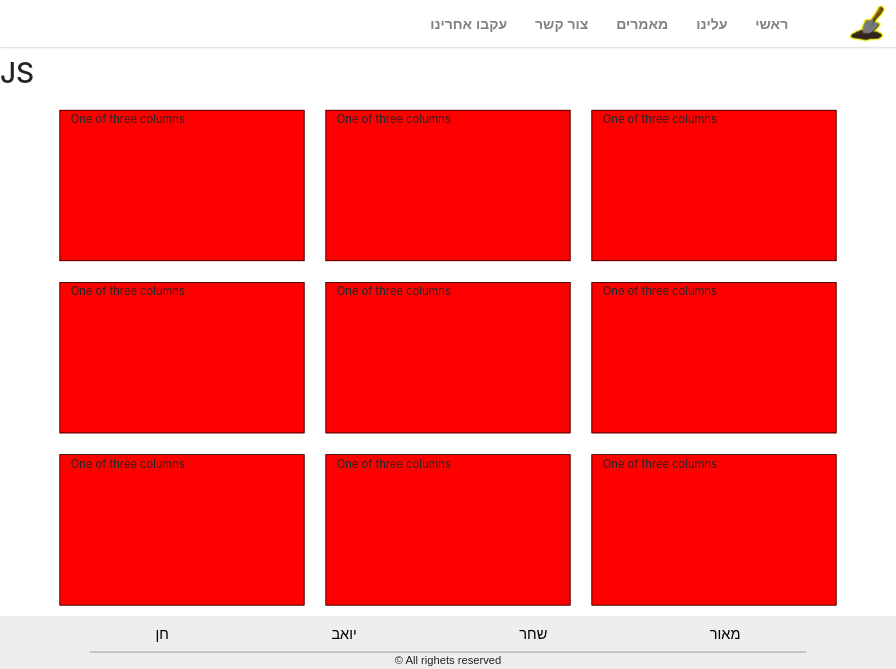
Repository: yoavBenZion/Blog-Zubi
Page: articlesPage.html
An editor plug-in stored every save of this project. The page is shown before and after the next save, followed by the edit.
The browser window is 1280 px wide. The pictures show the part of the page from y = 0 to 1920 px (the page is 956 px tall before and 3566 px after), at 70% of full size.
Some web fonts or font styles are not loaded; a fallback is used. Some web libraries are served in a nearby version.

Above is the page before, as saved 2017-10-26 11:52:52.

After the next save:
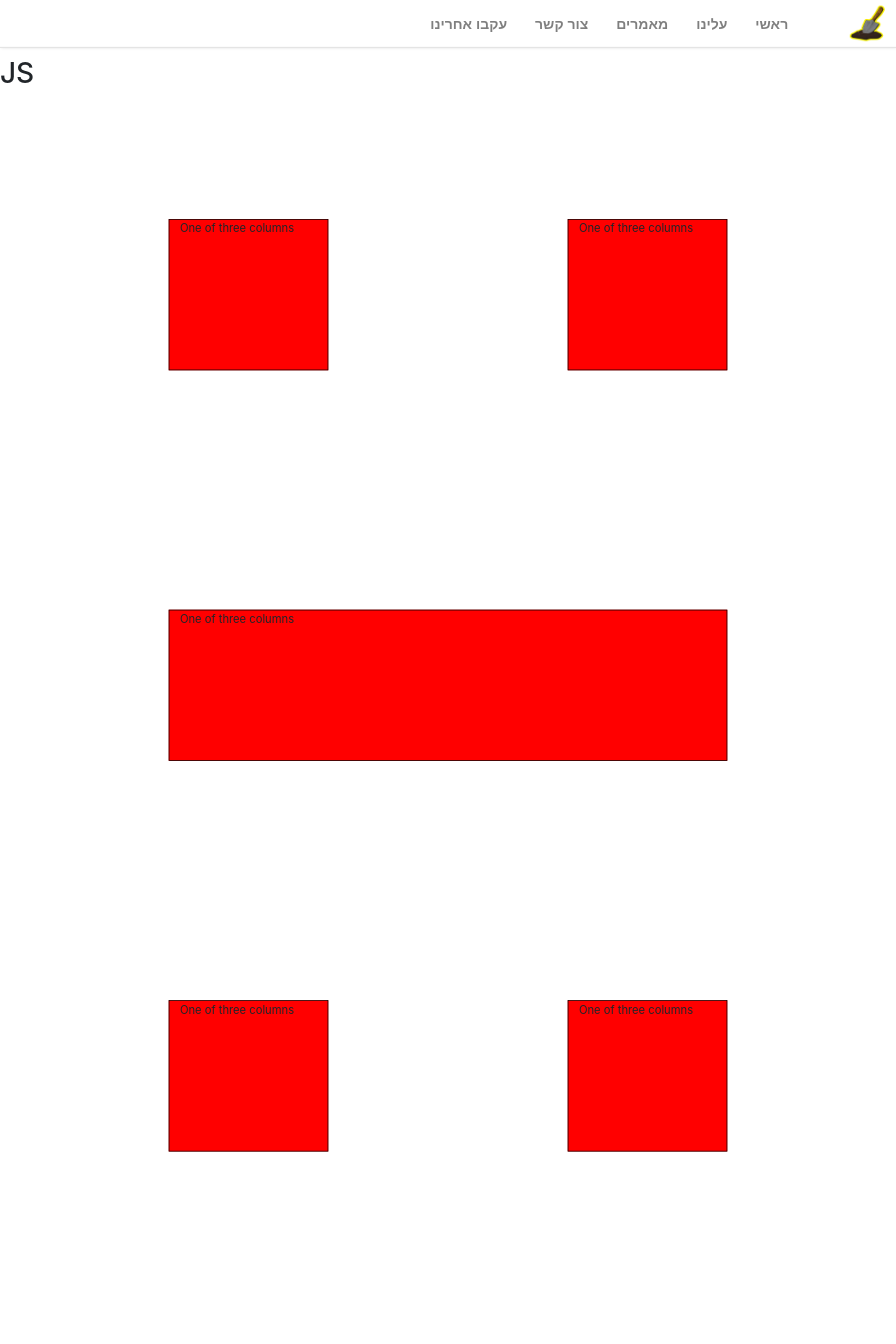
Saved 11 s later.
--- a/css/articlesPage.css
+++ b/css/articlesPage.css
@@ -6,7 +6,7 @@ body {
 
 .col {
     background-color: red;
-    margin: 15px;
+    margin: 15%;
     height: 30vh;
     border: 1px solid black;
 }
